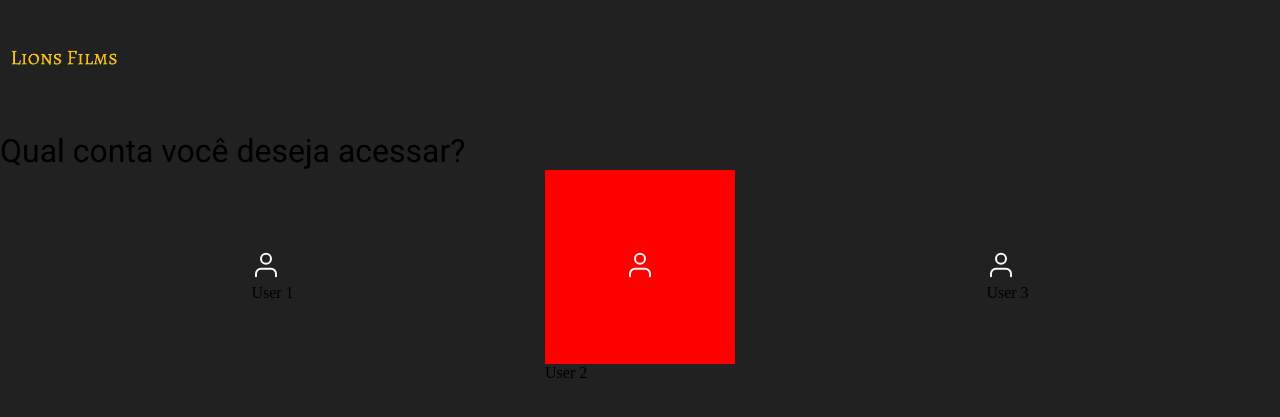
Repository: Leonngc/streaming-project
Page: index.html
The author's editor kept a copy of each file at every save. The page is drawn from the files as they stood at one save, then again after a run of saves.
The browser window is 1280 px wide. The pictures show the whole page.
The style sheet was rebuilt from its Sass, Less or Tailwind sources for each picture, by a compiler version that may differ from the author's.

Above is the page before, as saved 2023-09-02 12:40:34.

### index.html
<!DOCTYPE html>
<html lang="pt">
<head>
    <meta charset="UTF-8">
    <meta name="viewport" content="width=device-width, initial-scale=1.0">
    <title>Tela de Login</title>
    <link rel="stylesheet" href="styles/style.css">
</head>
<body>
    <header>
        <img src="streaming-assets/logo.png" alt="" class="logo small-container">
    </header>
    <main>
        <h1 class="roboto f400 font-title">Qual conta você deseja acessar?</h1>
        <div class="user-container flex align-center justify-space-evenly">
            <div class="users">
                <div class="user-img"><a href=""><img src="streaming-assets/user.svg" alt=""></a></div>
                <span>User 1</span>
            </div>
            <div class="users">
                <div class="user-img p-5" style="background-color: red;"><a href=""><img src="streaming-assets/user.svg" alt=""></a></div>
                <Span>User 2</Span>
            </div>
            <div class="users">
                <div class="user-img"><a href=""><img src="streaming-assets/user.svg" alt=""></a></div>
                <span>User 3</span>
            </div>
        </div>
    </main>
</body>
</html>

### styles/style.scss
@use "_core.scss";
@use "_layout.scss";

*{
    padding: 0;
    margin: 0;
    box-sizing: border-box;
}

body{
    background-color: core.$eerie-black;
}

### styles/_core.scss
//CDN Google Fonts
@import url('https://fonts.googleapis.com/css2?family=Roboto:ital,wght@0,100;0,300;0,400;0,500;0,700;0,900;1,100;1,300;1,400;1,500;1,700;1,900&display=swap');
// CORES

$yellow-amber: #ffc107;
$eerie-black: #212121;
$white: #fff;
$pigment-green: #4CAF50;
$giants-orange: #FF5722;

// Fonts
.roboto{ font-family: Roboto, 'sans-serif';}
.font-small{font-size:.8rem;}
.font-base{font-size: 1rem;}
.font-title{ font-size: 2rem;}

.f100{font-weight: 100;}
.f200{font-weight: 200;}
.f300{font-weight: 300;}
.f400{font-weight: 400;}
.f500{font-weight: 500;}
.bold{font-weight: bold;}
.lighter{font-weight: lighter;}
// Tamanhos
    // Widths
.small-container{width:10vw;}
.midle-container{width:50vw;}
.max-container{width:100vw;}

    // heights
.small-height{height:30vh;}
.midle-height{height:50vh;}
.max-height{height: 100vh;}

### styles/_layout.scss
//Flexbox

.flex {
  display: flex;
  align-items: center;
}

.justify-center{justify-content: center;}
.justify-space-around{justify-content: space-around;}
.justify-space-between{justify-content: space-between;}
.justify-space-evenly{justify-content: space-evenly;}
.justify-left{justify-content: left;}
.justify-right{justify-content: right;}
.align-center{align-items: center;}
.inline-flex {
  display: inline-flex;
}

.block {
  display: block;
}

.grid {
  display: grid;
}

.grid-two-columns {
  display: grid;
  grid-template-columns: 50% 50%;
}


//Margins

.m{margin: 2rem;}

.m-5{margin: 5rem;}

.m-6{margin: 6rem;}

.m-7{margin: 7rem;}

.m-8{margin: 8rem;}

.m-9{margin: 9rem;}

.m-10{margin: 10rem;}

.m-11{margin: 11rem;}

.m-12{margin: 12rem;}

.m-auto{margin: auto;}

.ml{margin-left: 1rem;}

.ml-2{margin-left: 2rem;}

.ml-3{margin-left: 3rem;}

.ml-4{margin-left: 4rem;}

.ml-5{margin-left: 5rem;}

.ml-6{margin-left:6rem;}

.ml-7{margin-left: 7rem;}

.ml-8{margin-left: 8rem;}

.ml-9{margin-left: 9rem;}

.ml-10{margin-left: 10rem;}

.ml-11{margin-left: 11rem;}

.ml-12{margin-left: 12rem;}

.mr{margin-right: 1rem;}

.mr-2{margin-right: 2rem;}

.mr-3{margin-right: 3rem;}

.mr-4{margin-right: 4rem;}

.mr-5{margin-right: 5rem;}

.mr-6{margin-right:6rem;}

.mr-7{margin-right: 7rem;}

.mr-8{margin-right: 8rem;}

.mr-9{margin-right: 9rem;}

.mr-10{margin-right: 10rem;}

.mr-11{margin-right: 11rem;}

.mr-12{margin-right: 12rem;}

.mt{margin-top: 1rem;}

.mt-2{margin-top: 2rem;}

.mt-3{margin-top: 3rem;}

.mt-4{margin-top: 4rem;}

.mt-5{margin-top: 5rem;}

.mt-6{margin-top:6rem;}

.mt-7{margin-top: 7rem;}

.mt-8{margin-top: 8rem;}

.mt-9{margin-top: 9rem;}

.mt-10{margin-top: 10rem;}

.mt-11{margin-top: 11rem;}

.mt-12{margin-top: 12rem;}

.mb{margin-bottom: 1rem;}

.mb-2{margin-bottom: 2rem;}

.mb-3{margin-bottom: 3rem;}

.mb-4{margin-bottom: 4rem;}

.mb-5{margin-bottom: 5rem;}

.mb-6{margin-bottom:6rem;}

.mb-7{margin-bottom: 7rem;}

.mb-8{margin-bottom: 8rem;}

.mb-9{margin-bottom: 9rem;}

.mb-10{margin-bottom: 10rem;}

.mb-11{margin-bottom: 11rem;}

.mb-12{margin-bottom: 12rem}

// Paddings

.p{padding: 1rem;}

.p-5{padding: 5rem;}

.p-6{padding: 6rem;}

.p-7{padding: 7rem;}

.p-8{padding: 8rem;}

.p-9{padding: 9rem;}

.p-10{padding: 10rem;}

.p-11{padding: 11rem;}

.p-12{padding: 12rem;}

.p-auto{padding: auto;}

.pl{padding-left: 2rem;}

.pl-5{padding-left: 5rem;}

.pl-6{padding-left: 6rem;}

.pl-7{padding-left: 7rem;}

.pl-8{padding-left: 8rem;}

.pl-9{padding-left: 9rem;}

.pl-10{padding-left: 10rem;}

.pl-11{padding-left: 11rem;}

.pl-12{padding-left: 12rem;}


.pr{padding-right: 2rem;}

.pr-5{padding-right: 5rem;}

.pr-6{padding-right: 6rem;}

.pr-7{padding-right: 7rem;}

.pr-8{padding-right: 8rem;}

.pr-9{padding-right: 9rem;}

.pr-10{padding-right: 10rem;}

.pr-11{padding-right: 11rem;}

.pr-12{padding-right: 12rem;}

.pt{padding-top: 2rem;}

.pt-5{padding-top: 5rem;}

.pt-6{padding-top: 6rem;}

.pt-7{padding-top: 7rem;}

.pt-8{padding-top: 8rem;}

.t-9{padding-top: 9rem;}

.pt-10{padding-top: 10rem;}

.pt-11{padding-top: 11rem;}

.pt-12{padding-top: 12rem;}


.pb{padding-bottom: 2rem;}

.pb-5{padding-bottom: 5rem;}

.pb-6{padding-bottom: 6rem;}

.pb-7{padding-bottom: 7rem;}

.pb-8{padding-bottom: 8rem;}

.pb-9{padding-bottom: 9rem;}

.pb-10{padding-bottom: 10rem;}

.pb-11{padding-bottom: 11rem;}

.pb-12{padding-bottom: 12rem;}

After the next 6 saves:
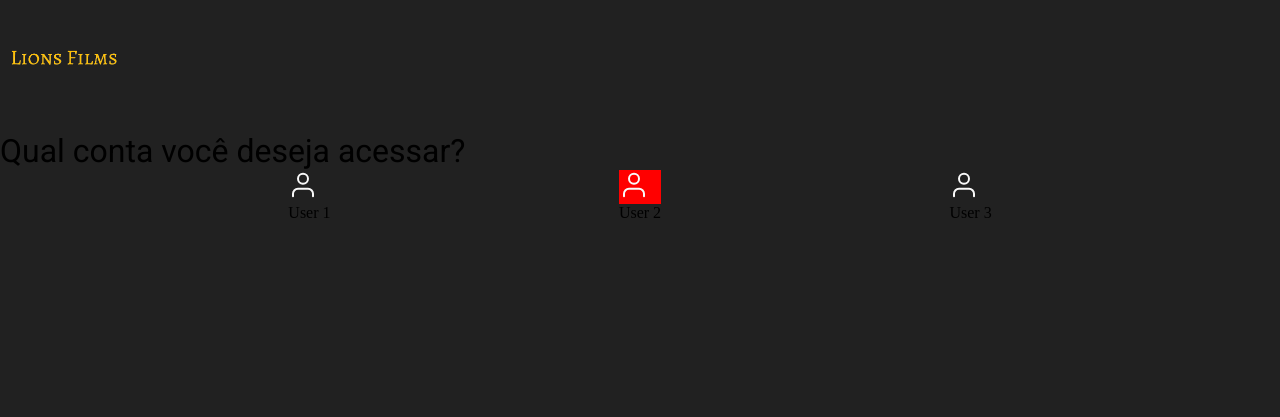
The 6 saves are shown as one change because they came seconds apart.
The last was saved 13 s later.
--- a/styles/_layout.scss
+++ b/styles/_layout.scss
@@ -151,7 +151,8 @@
 // Paddings
 
 .p{padding: 1rem;}
-
+.p-2{padding: 2rem;}
+.p3
 .p-5{padding: 5rem;}
 
 .p-6{padding: 6rem;}

After the 4 saves that followed:
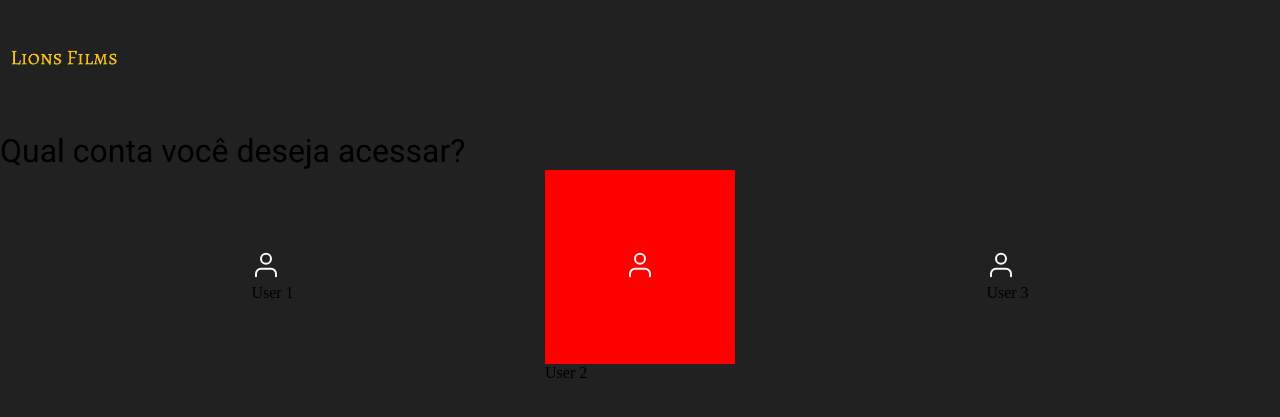
The 4 saves are shown as one change because they came seconds apart.
The last was saved 10 s later.
--- a/styles/_layout.scss
+++ b/styles/_layout.scss
@@ -152,7 +152,7 @@
 
 .p{padding: 1rem;}
 .p-2{padding: 2rem;}
-.p3
+.p-3{padding: 3rem;}
 .p-5{padding: 5rem;}
 
 .p-6{padding: 6rem;}
